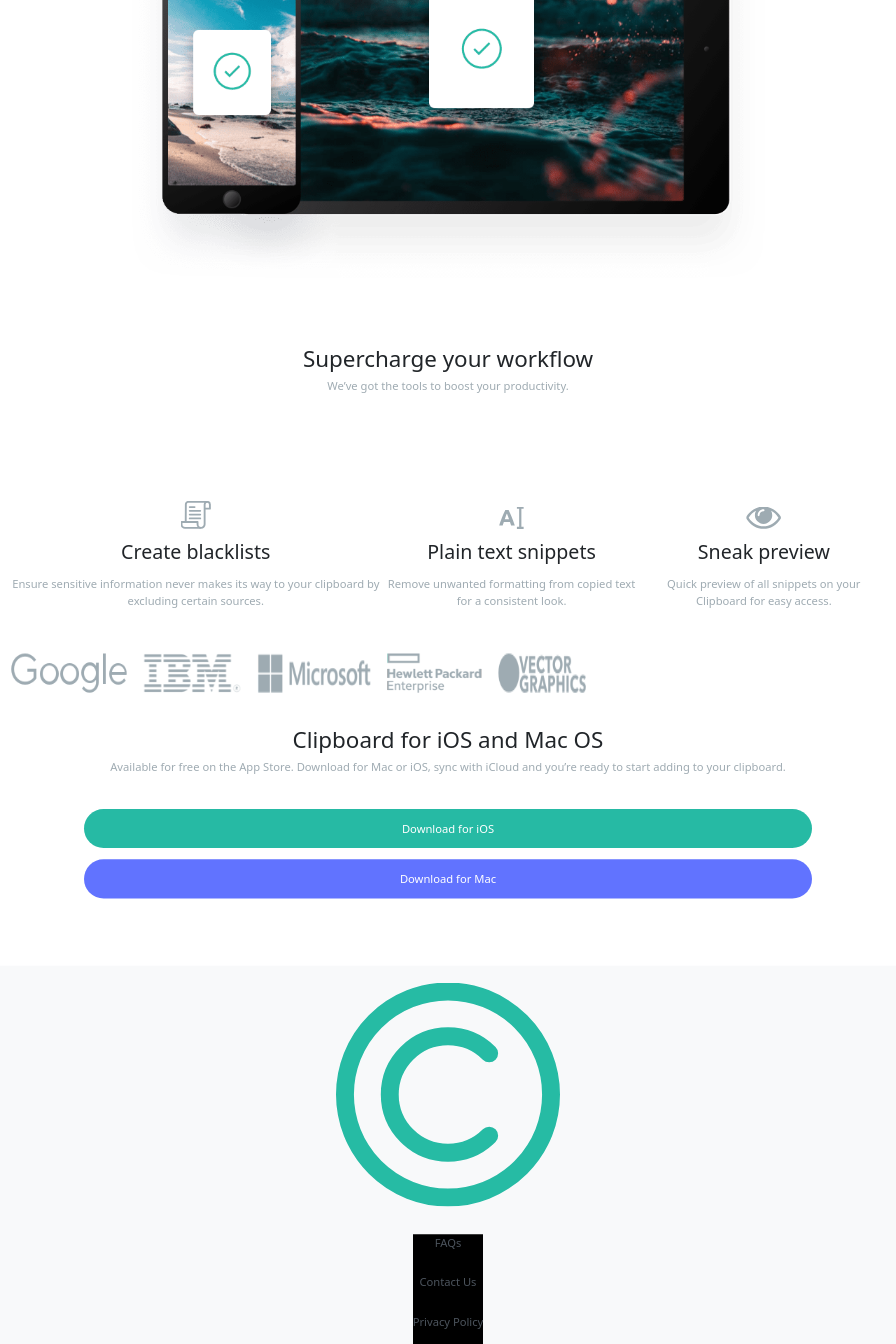
Repository: blordeus/clipboard-landing-page-master
Page: index.html
The author's editor kept a copy of each file at every save. The page is drawn from the files as they stood at one save, then again after the next save.
The browser window is 1280 px wide. The pictures show the part of the page from y = 1632 to 3552 px (the page is 3771 px tall), at 70% of full size.
Some web fonts or font styles are not loaded; a fallback is used. The style sheet was rebuilt from its Sass, Less or Tailwind sources for each picture, by a compiler version that may differ from the author's.

Above is the page before, as saved 2023-09-04 16:26:32.

After the next save:
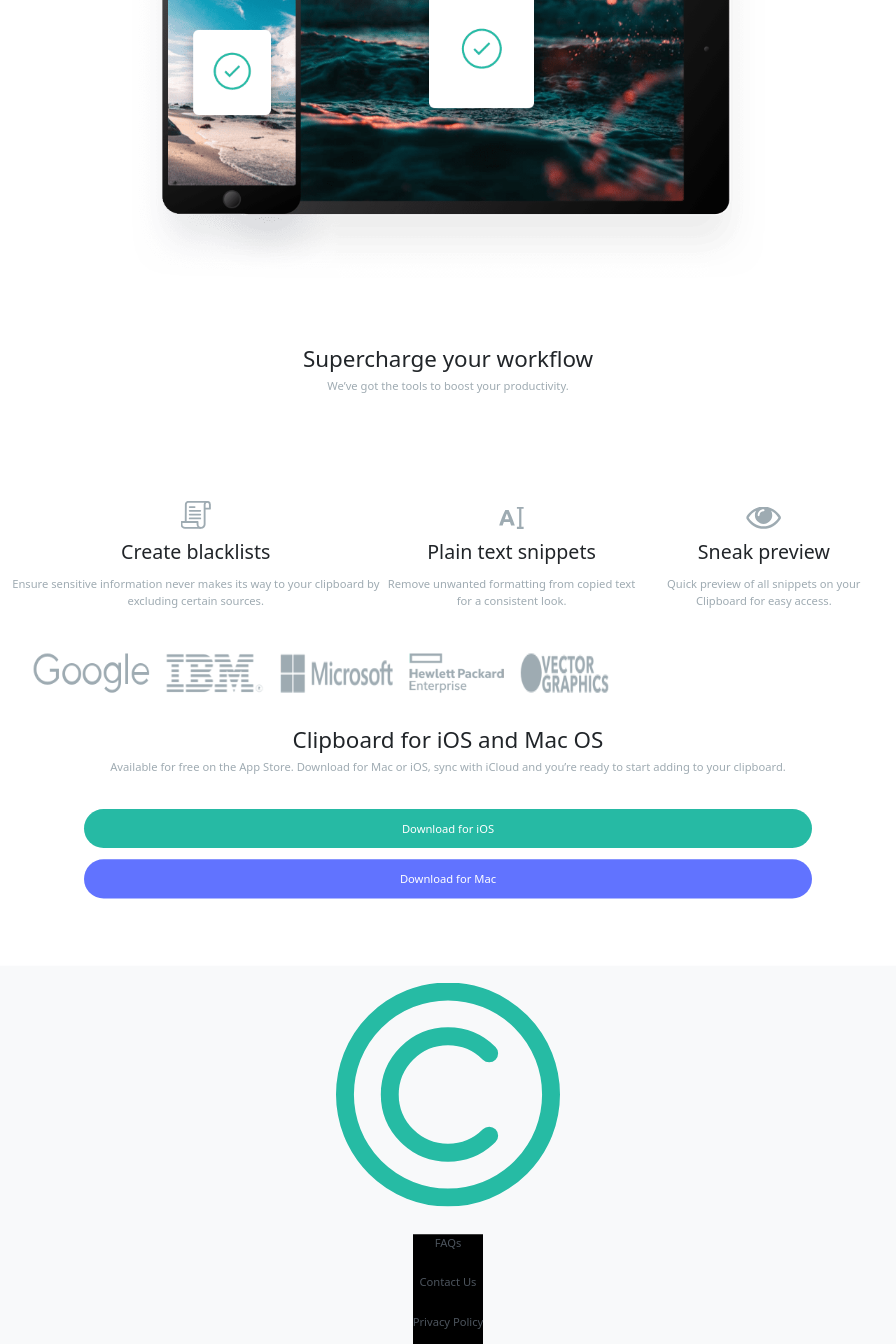
Saved 12 s later.
--- a/index.html
+++ b/index.html
@@ -85,7 +85,7 @@
       </div>
     </section>
 
-    <section class="d-flex flex-column col-6 gap-4 mx-auto mb-5 flex-md-row justify-content-md-between mx-md-3">
+    <section class="d-flex flex-column col-6 gap-4 mx-auto mb-5 flex-md-row justify-content-md-between mx-md-5">
       <img class="img-fluid" src="./images/logo-google.png" alt="google">
       <img class="img-fluid" src="./images/logo-ibm.png" alt="ibm">
       <img class="img-fluid" src="./images/logo-microsoft.png" alt="microsoft">
